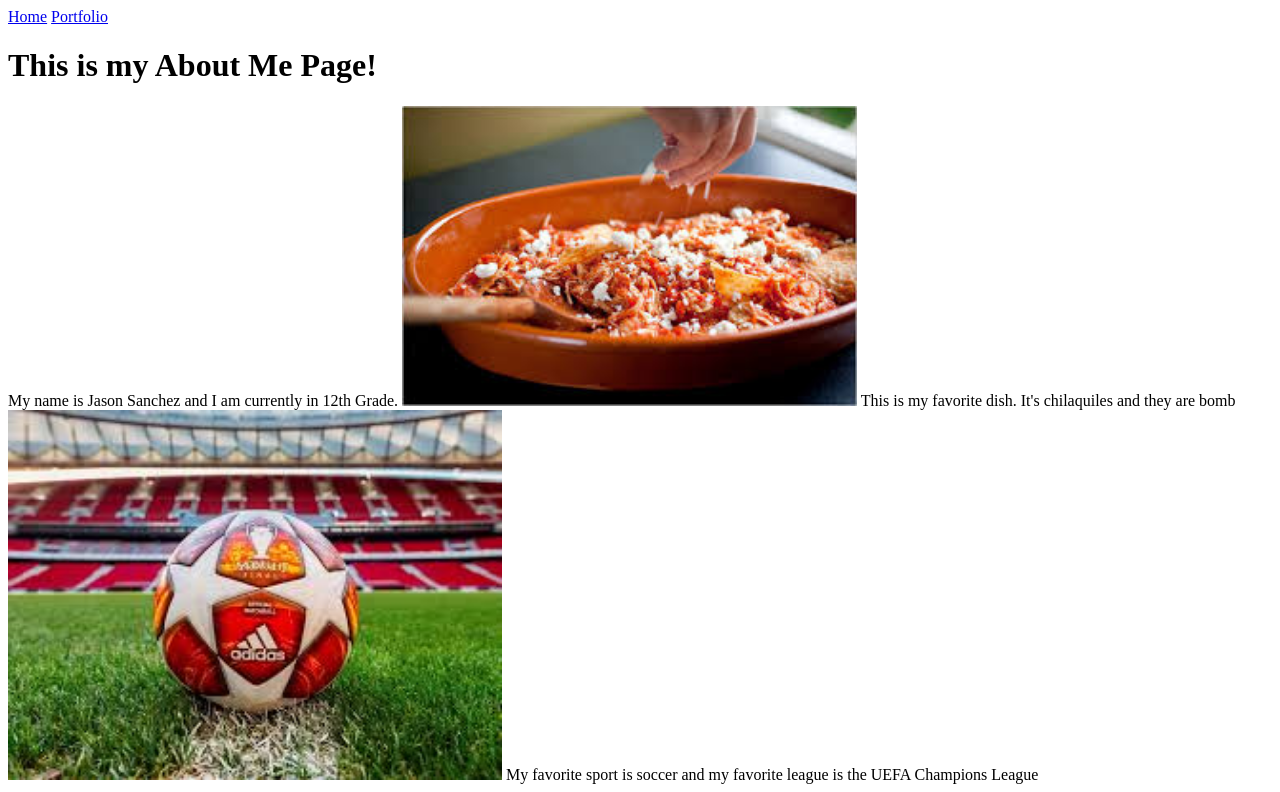
Repository: JSanchez571/JSanchez571.github.io
Page: my_website/aboutme.html
The author's editor kept a record of every edit. The page is drawn from the files as they stood at one moment, then again after the next edit.
The browser window is 1280 px wide. The pictures show the whole page.

Above is the page before.

### my_website/aboutme.html
<!doctype html>
	<html lang="en">
	  <head>
	    <meta charset="utf-8">
	    <title>About Me</title>
	  </head>
	  <body>
    <a href="index.html">Home</a>
    <a href="portfolio.html">Portfolio</a>
    <h1>This is my About Me Page!</h1>
    <body>My name is Jason Sanchez and I am currently in 12th Grade.
    <img src="images/chilaquiles.jpeg" height="300">
    <body>This is my favorite dish. It's chilaquiles and they are bomb
    <br>
    <img src="images/UEFA Ball.jpg" height="370">
    <body>My favorite sport is soccer and my favorite league is the UEFA Champions League
    </a>
	  </body>
	</html>

After the next edit:
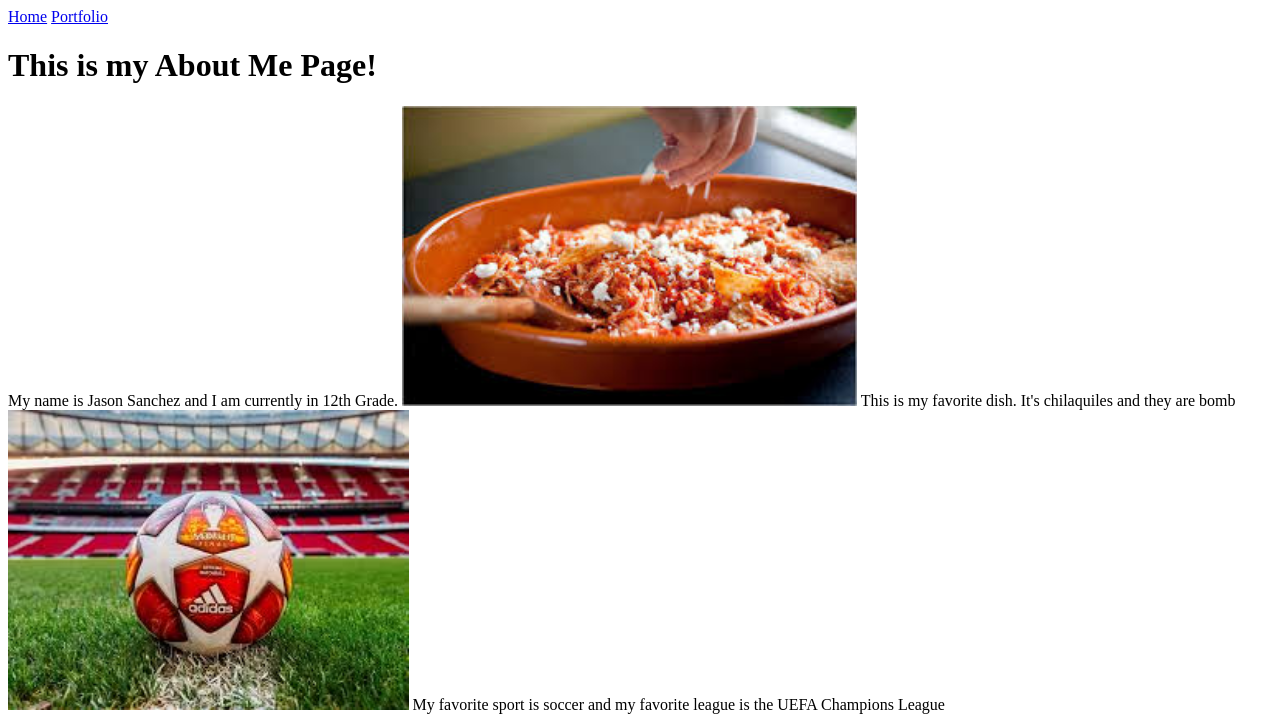
The edit:
--- a/my_website/aboutme.html
+++ b/my_website/aboutme.html
@@ -12,7 +12,7 @@
     <img src="images/chilaquiles.jpeg" height="300">
     <body>This is my favorite dish. It's chilaquiles and they are bomb
     <br>
-    <img src="images/UEFA Ball.jpg" height="370">
+    <img src="images/UEFA Ball.jpg" height="300">
     <body>My favorite sport is soccer and my favorite league is the UEFA Champions League
     </a>
 	  </body>
